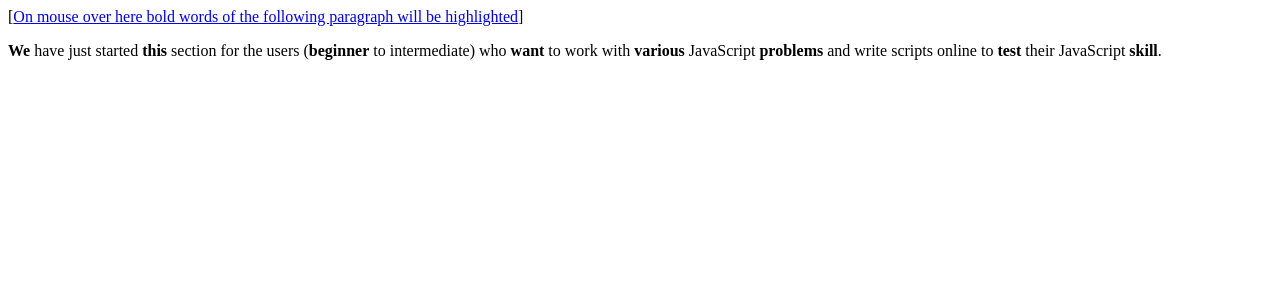
Repository: HoangDuy315/web-dev2022
Page: hw151022/ex2/ex2.5/index.html
The author's editor kept a copy of each file at every save. The page is drawn from the files as they stood at one save, then again after the next save.
The browser window is 1280 px wide. The pictures show the whole page.

Above is the page before, as saved 2022-10-15 15:25:45.

After the next save:
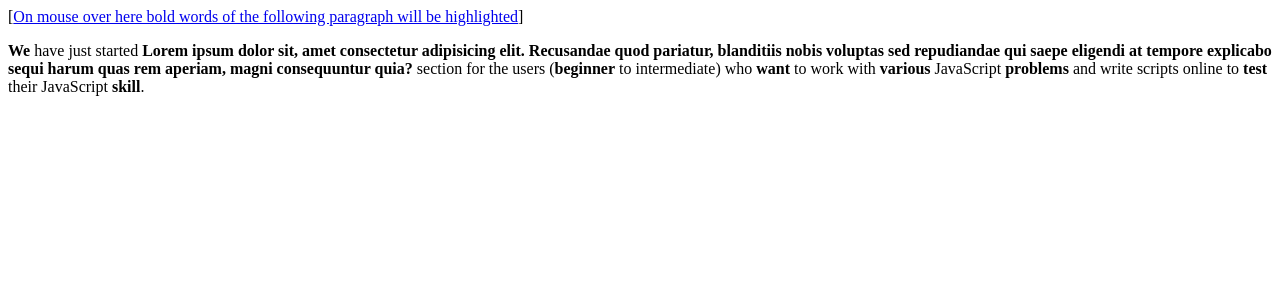
Saved 49 s later.
--- a/hw151022/ex2/ex2.5/index.html
+++ b/hw151022/ex2/ex2.5/index.html
@@ -13,8 +13,14 @@
       >]
     </p>
     <p>
-      <strong>We</strong> have just started <strong>this</strong> section for
-      the users (<strong>beginner</strong> to intermediate) who
+      <strong>We</strong> have just started
+      <strong
+        >Lorem ipsum dolor sit, amet consectetur adipisicing elit. Recusandae
+        quod pariatur, blanditiis nobis voluptas sed repudiandae qui saepe
+        eligendi at tempore explicabo sequi harum quas rem aperiam, magni
+        consequuntur quia?</strong
+      >
+      section for the users (<strong>beginner</strong> to intermediate) who
       <strong>want</strong> to work with <strong>various</strong> JavaScript
       <strong>problems</strong> and write scripts online to
       <strong>test</strong> their JavaScript <strong>skill</strong>.
